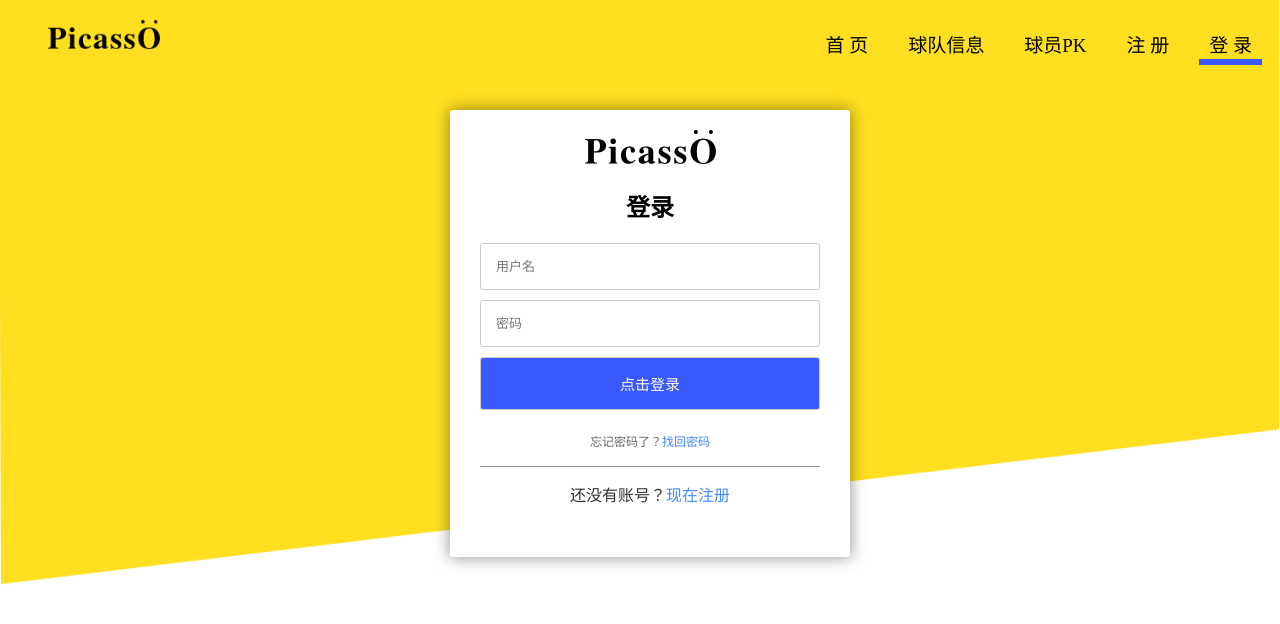
Repository: cciixx/nba-prediction-sys
Page: public/login.html
An editor plug-in stored every save of this project. The page is shown before and after the next save, followed by the edit.
The browser window is 1280 px wide. The pictures show the whole page.

Above is the page before, as saved 2020-04-04 11:03:42.

### public/login.html
<!doctype html>
<html>
<head>
<meta charset="utf-8">
<title>NBA预测系统</title>
	<link  href="css/navl.css" rel="stylesheet" type="text/css">
	<link  href="css/user_form.css" rel="stylesheet" type="text/css">
	<style>
		body{background-image: url(/images/half_yellow.png);
			background-repeat: no-repeat;background-position: top;}
	body,td,th {
	font-family: "方正小标宋简体";}
    </style>
</head>

<body>
	<div>
	<ul class='navl'>
		<li style="border-bottom: 6px solid #3a59fd;"><a href="login.html">登 录</a></li>
		<li><a href="register.html">注 册</a></li>
		<li><a href="PK_index.html">球员PK</a></li>
		<!-- <li><a href="player.html">球员信息</a></li> -->
		<li><a href="team.html">球队信息</a></li>
		<!-- <li><a href="predict.html">赛事预测</a></li> -->
		<li><a href="index.html">首 页</a></li>
		<img src="images/logo.png">
		</ul></div>

	<div>
	<form method="post" action="back/loginok.php" class="msform">
	<fieldset>
		<img src="images/logo.png">
		<h2>登录</h2>
		<input type="text" name="username" placeholder="用户名" />
		<input type="password" name="password" placeholder="密码"/>

		<input class="btn" type="submit" name="submit" value="点击登录" style="background: #3a59fd;font-size:15px;color: white;">
		<p style="font-size: 12px;color:#666666;position: relative;">忘记密码了？<a href="forget_word.html" style="text-decoration: none;color: #3f87ff;">找回密码</a></p>
		<p style="font-size: 16px;color:#333333;border-top: 1px solid #999999;padding: 15px;">还没有账号？<a href="register.html" style="text-decoration: none;color: #448aff;">现在注册</a></p>
		 </fieldset>
		 </div>
</form>

</body>
</html>

### public/css/navl.css
/* CSS Document */
body{
	background-repeat: no-repeat;
	background-position: top;
	background-size: 100%, 100%;
	background-attachment: fixed;
}
.header{
    overflow: hidden;
}
.btn{
	background: #3a59fd;
	font-family: '方正小标宋简体';
	color: white;
}
.navl ul{
	margin: 30px;
	width: 600px;
	height: 300px;
	color: #030303;
	position: absolute;
	top: 10px;
}
.navl li{
		height: 29px;
		width: fit-content;
		margin: 10px;
		list-style: none;
		float: right;
}
.navl img{
	float: left;
	height: 29px;
}
.navl a{
	margin: 0px 10px;
	color:#030303;
	text-align: left;
	text-decoration: none;
	font-size: 19px;
}
.wrapper{
    width: 100%;
}

### public/css/user_form.css
/* CSS Document */

.msform {
    width: 400px;
	height: 475px;
    margin: 20px auto;
    text-align: center;
    /* position: relative; */
}
.msform fieldset {
    width: 400px;
	height: fit-content;
    background: white;
    border: 0 none;
    border-radius: 3px;
    box-shadow: 0 0 15px 1px rgba(0, 0, 0, 0.4);
    padding: 20px 30px;
    box-sizing: border-box;
    position: absolute;
	top: 100px;
	margin: 10px;
}
.msform input, .msform textarea {
    padding: 15px;
    border: 1px solid #ccc;
    border-radius: 3px;
    margin-bottom: 10px;
    width: 100%;
    box-sizing: border-box;
    color: #2C3E50;
    font-size: 13px;
}

After the next save:
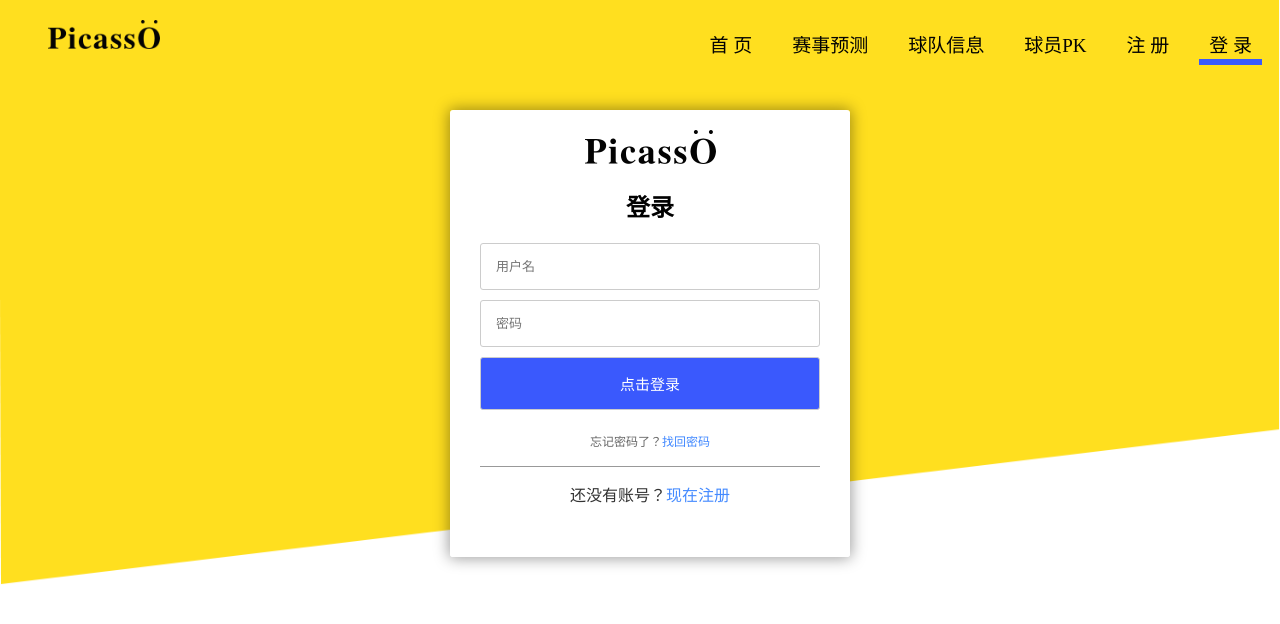
Saved 14 s later.
--- a/public/login.html
+++ b/public/login.html
@@ -19,9 +19,8 @@
 		<li style="border-bottom: 6px solid #3a59fd;"><a href="login.html">登 录</a></li>
 		<li><a href="register.html">注 册</a></li>
 		<li><a href="PK_index.html">球员PK</a></li>
-		<!-- <li><a href="player.html">球员信息</a></li> -->
 		<li><a href="team.html">球队信息</a></li>
-		<!-- <li><a href="predict.html">赛事预测</a></li> -->
+		<li><a href="predict.html">赛事预测</a></li>
 		<li><a href="index.html">首 页</a></li>
 		<img src="images/logo.png">
 		</ul></div>
